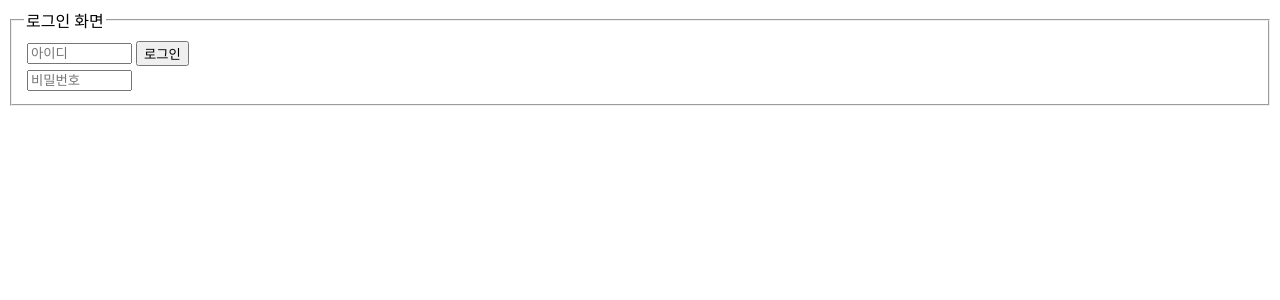
Repository: Scoobi-wisdoom/web
Page: d011/web/index.html
The author's editor kept a copy of each file at every save. The page is drawn from the files as they stood at one save, then again after the next save.
The browser window is 1280 px wide. The pictures show the whole page.

Above is the page before, as saved 2020-08-05 07:54:53.

### d011/web/index.html
<!DOCTYPE html>
<html>
<head>
<meta charset="EUC-KR">
<title>Insert title here</title>
</head>
<body>

<form action="login" method="GET">
	<fieldset>
	<legend>로그인 화면</legend>
	<table>
		<tbody>
			<tr>
				<td colspan="2">
					<input type="text" name="id" size=10 placeholder="아이디">
				</td>
				<td>
					<input type="submit" value="로그인">
				</td>
			</tr>
			<tr>
				<td>
					<input type="text" name="pwd" size= 10 placeholder="비밀번호">
				</td>
			</tr>
		</tbody>

	</table>
	</fieldset>
</form>

</body>
</html>

After the next save:
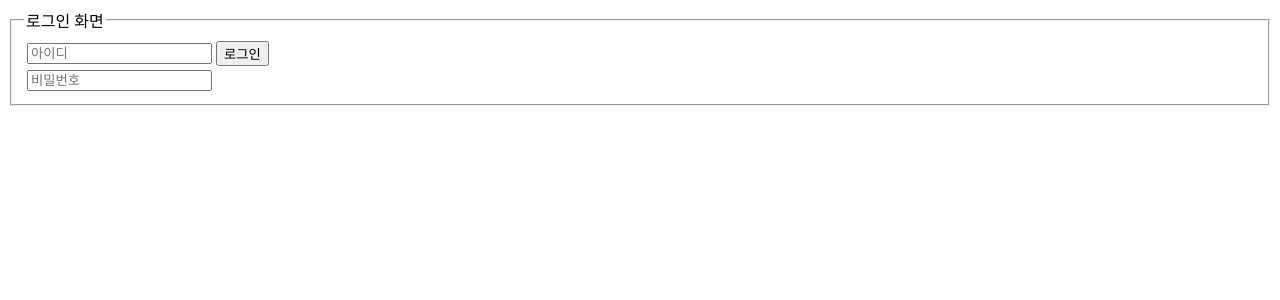
Saved 19 s later.
--- a/d011/web/index.html
+++ b/d011/web/index.html
@@ -13,7 +13,7 @@
 		<tbody>
 			<tr>
 				<td colspan="2">
-					<input type="text" name="id" size=10 placeholder="아이디">
+					<input type="text" name="id" size=20 placeholder="아이디">
 				</td>
 				<td>
 					<input type="submit" value="로그인">
@@ -21,7 +21,7 @@
 			</tr>
 			<tr>
 				<td>
-					<input type="text" name="pwd" size= 10 placeholder="비밀번호">
+					<input type="text" name="pwd" size= 20 placeholder="비밀번호">
 				</td>
 			</tr>
 		</tbody>
